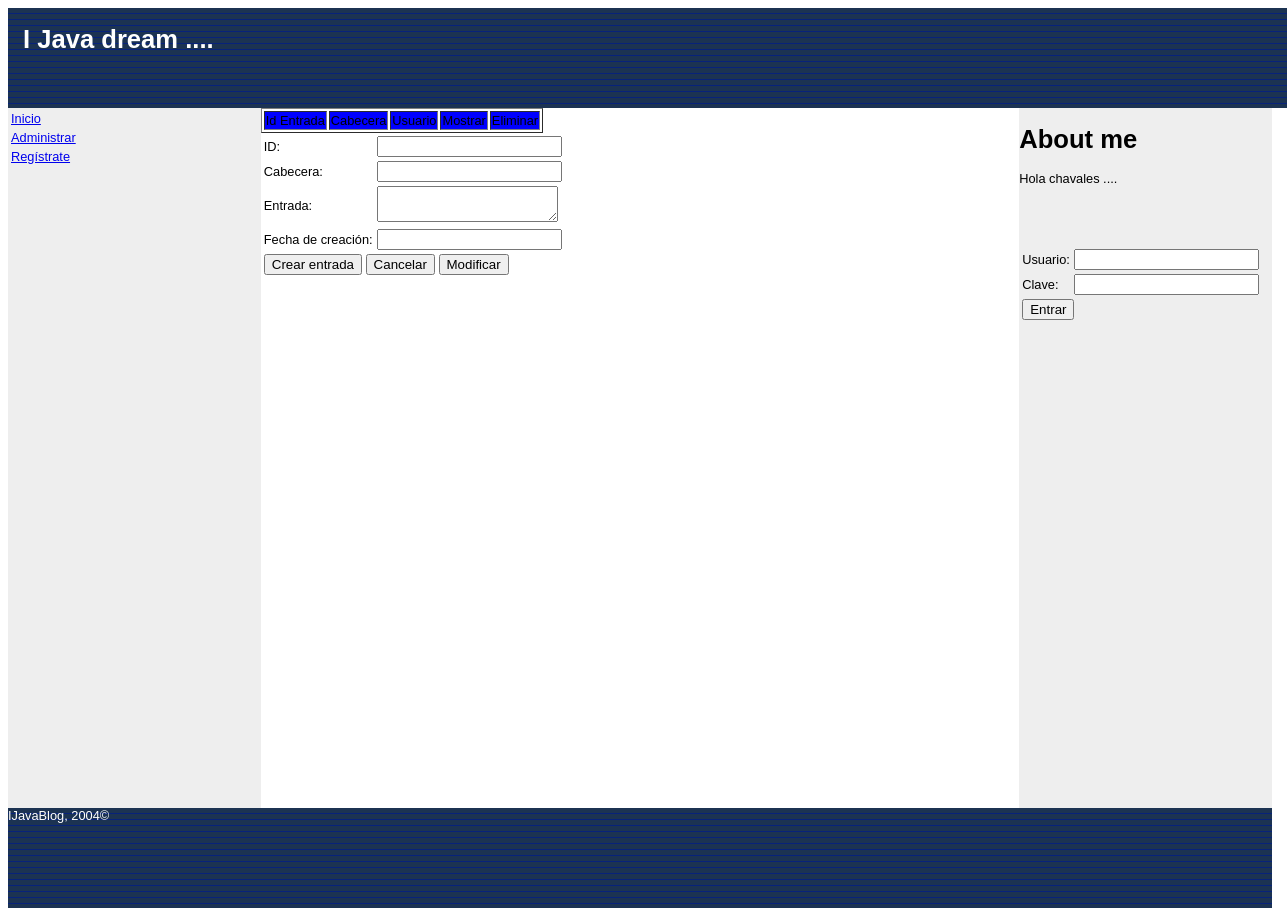
Repository: alruis/IJavaDreamBlog
Page: http://localhost/IJavaBlog/jsp/blog/inicio.jsp
These files come from the project's save history. The page is drawn as it stood at one moment and after the next save; the edit follows.
The browser window is 1280 px wide. The page is 1287 px wide, so the pictures cover 1287 px, including what lies to the right of the window. The pictures show the whole page.
The page is served by Tomcat 9. Nobody is signed in. The application's start-up code is not run. The template is opened directly, without the code that normally fills it, so the values that code supplies are empty.

Above is the page before, as saved 2014-09-26 14:03:47.
Console error: ReferenceError: init is not defined

After the next save:
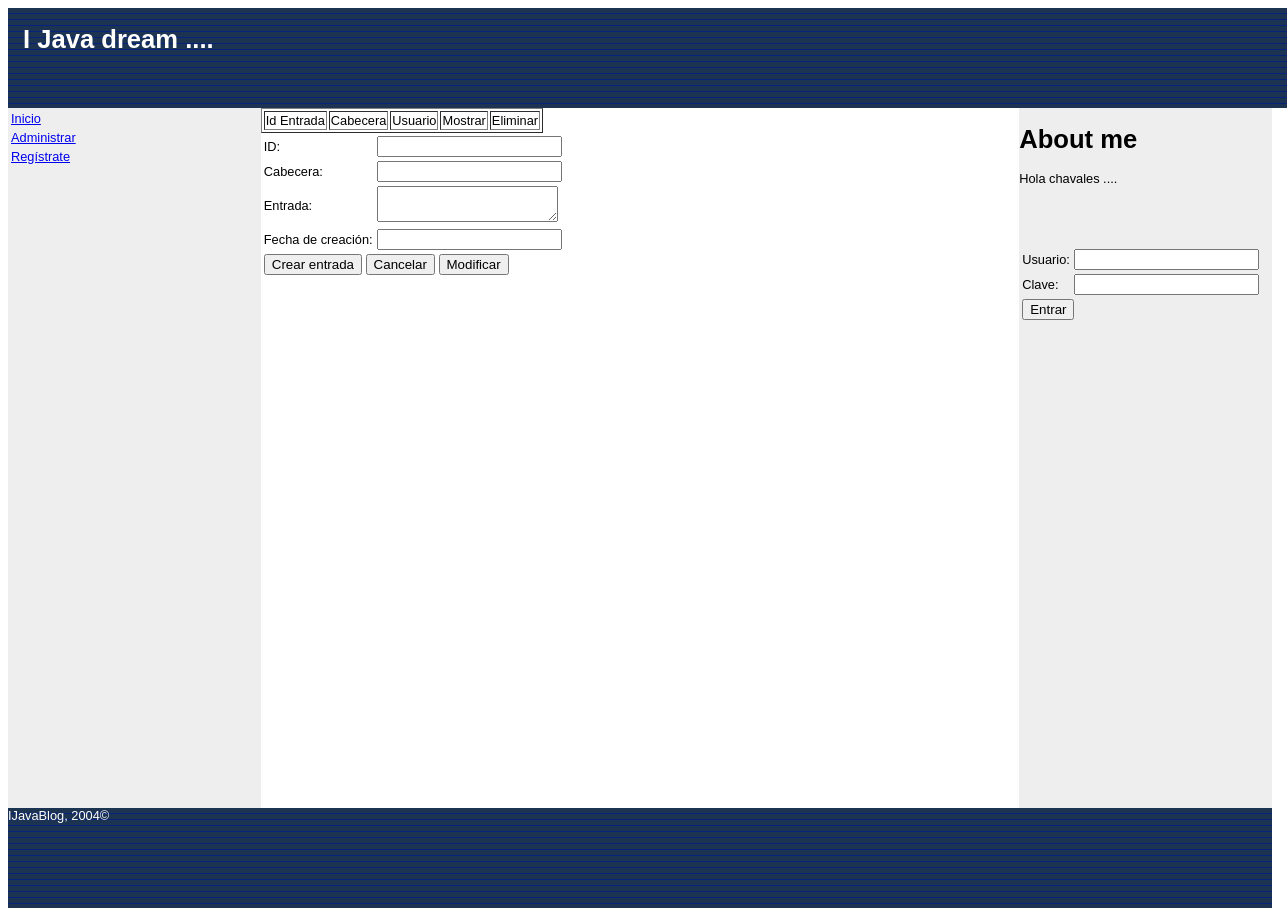
Saved 42 s later.
--- a/IJavaBlog/WebContent/jsp/blog/inicio.jsp
+++ b/IJavaBlog/WebContent/jsp/blog/inicio.jsp
@@ -60,8 +60,8 @@
 
 
 		<tbody id="tbodyEntradas" >
-		<thead id="cabeceraEntradas" >
-		<tr class="cabeceras"><td>Id Entrada</td>
+		<thead id="cabeceraEntradas" class="cabeceras">
+		<tr><td>Id Entrada</td>
 		<td>Cabecera</td>
 		<td>Usuario</td>
 		<td>Mostrar</td>

After the save that followed:
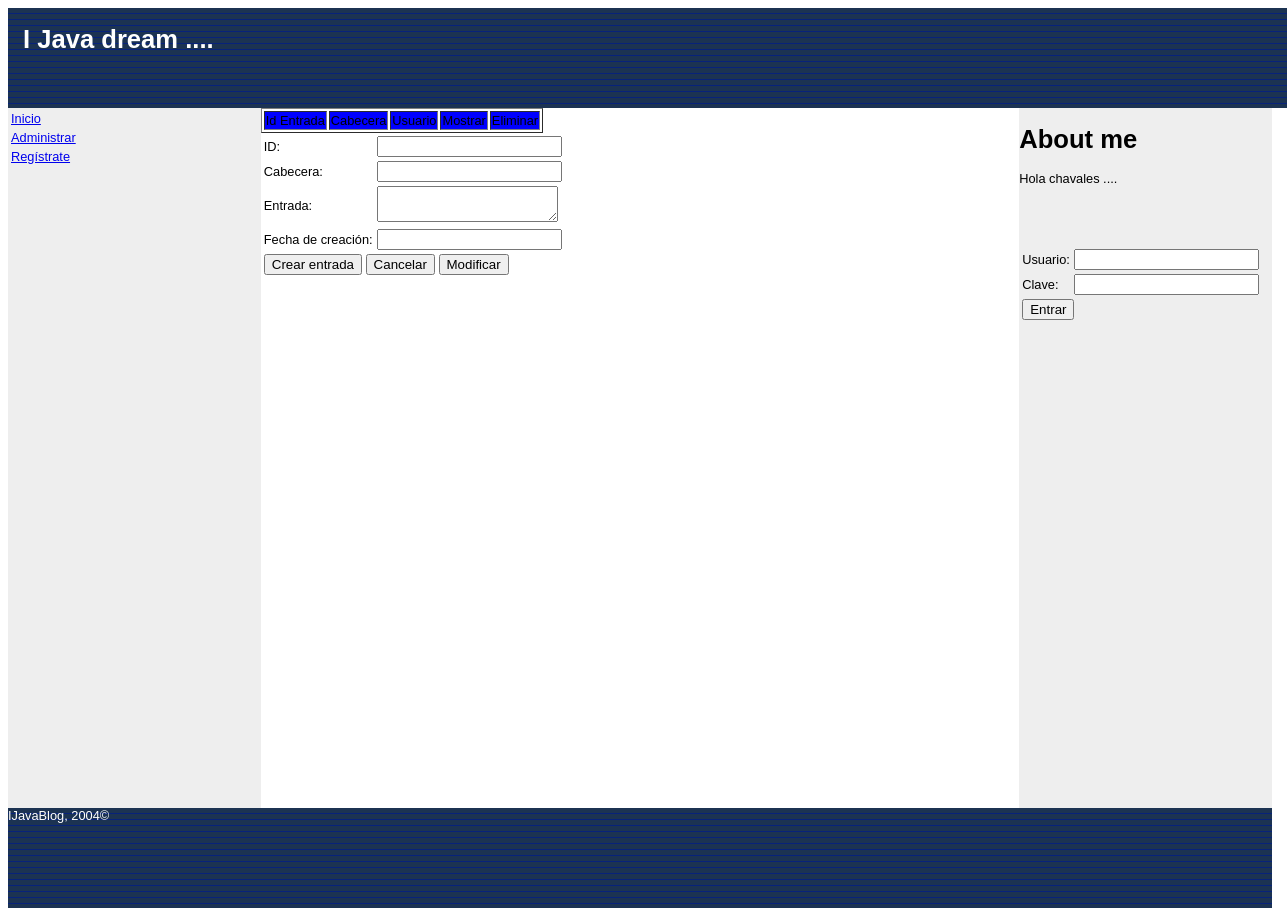
Saved 15 s later.
--- a/IJavaBlog/WebContent/jsp/blog/inicio.jsp
+++ b/IJavaBlog/WebContent/jsp/blog/inicio.jsp
@@ -60,8 +60,8 @@
 
 
 		<tbody id="tbodyEntradas" >
-		<thead id="cabeceraEntradas" class="cabeceras">
-		<tr><td>Id Entrada</td>
+		<thead id="cabeceraEntradas" >
+		<tr class="cabeceras"><td>Id Entrada</td>
 		<td>Cabecera</td>
 		<td>Usuario</td>
 		<td>Mostrar</td>
